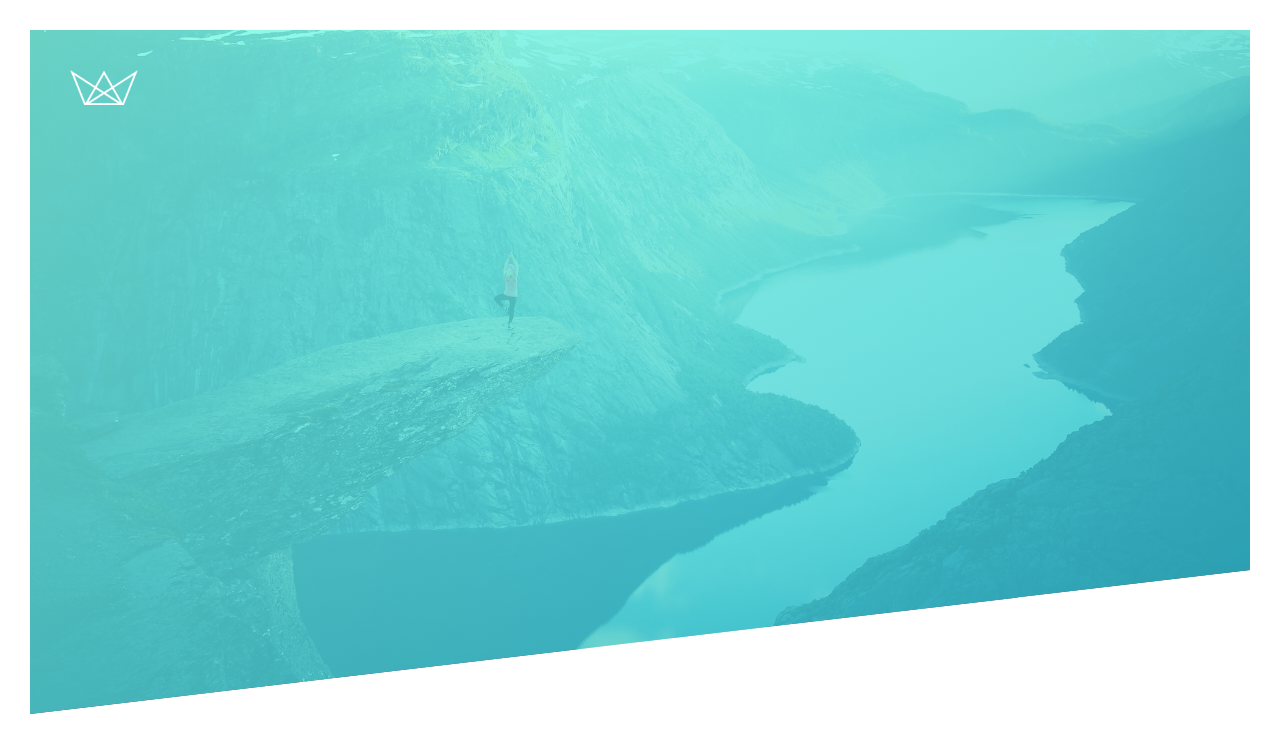
Repository: haokiet2501/natours-page
Page: index.html
These files come from the project's save history. The page is drawn as it stood at one moment and after the next save; the edit follows.
The browser window is 1280 px wide. The pictures show the whole page.

Above is the page before, as saved 2022-07-31 16:56:29.

### index.html
<!DOCTYPE html>
<html lang="en">
<head>
    <meta charset="UTF-8">
    <meta http-equiv="X-UA-Compatible" content="IE=edge">
    <meta name="viewport" content="width=device-width, initial-scale=1.0">
    <link rel="shortcut icon" href="img/favicon.png" type="image/x-icon">
    <link rel="stylesheet" href="styles.css">
    <title>Natours</title>
</head>
<body>
    <header class="header">
        <div class="logo">
            <img src="img/logo-white.png" alt="Logo" class="logo-img">
        </div>
    </header>
</body>
</html>

### styles.css
@import url('https://fonts.googleapis.com/css2?family=Lato:wght@300;400;700;900&display=swap');

* {
    margin: 0;
    padding: 0;
    box-sizing: border-box;
}

:root {
    --lighten-blue: #69ffd7;
    --medium-blue: #3badd4;
    --dark-blue: #1b92c2;
}

body {
    font-family: "Lato", sans-serif;
    line-height: 1.7;
    font-weight: 400;
    font-size: 16px;
    color: #777;
    padding: 30px;
}

html {
    scroll-behavior: smooth;
}

.header {
    position: relative;
    height: 95vh;
    background-image: linear-gradient(
        to right bottom,
        rgba(126, 255, 232, 0.8),
        rgba(40, 187, 208, 0.8)
        ) ,url("./img/hero.jpg");
    background-size: cover;
    background-position: top;
    clip-path: polygon(0 0, 100% 0, 100% 75vh, 0 100%);
}

.logo {
    position: absolute;
    top: 40px;
    left: 40px;
}

.logo-img {
    height: 35px;
}

After the next save:
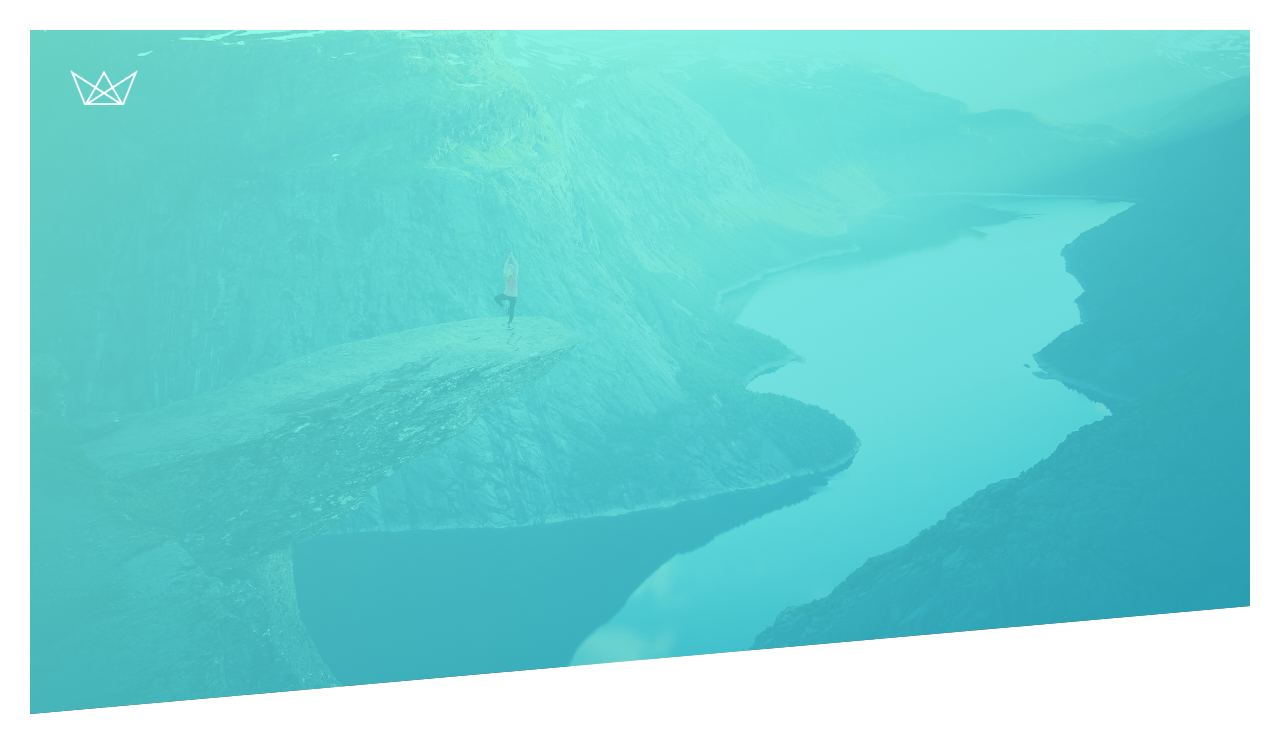
Saved 10 min 7 s later.
--- a/styles.css
+++ b/styles.css
@@ -35,7 +35,7 @@ html {
         ) ,url("./img/hero.jpg");
     background-size: cover;
     background-position: top;
-    clip-path: polygon(0 0, 100% 0, 100% 75vh, 0 100%);
+    clip-path: polygon(0 0, 100% 0, 100% 80vh, 0 100%);
 }
 
 .logo {
